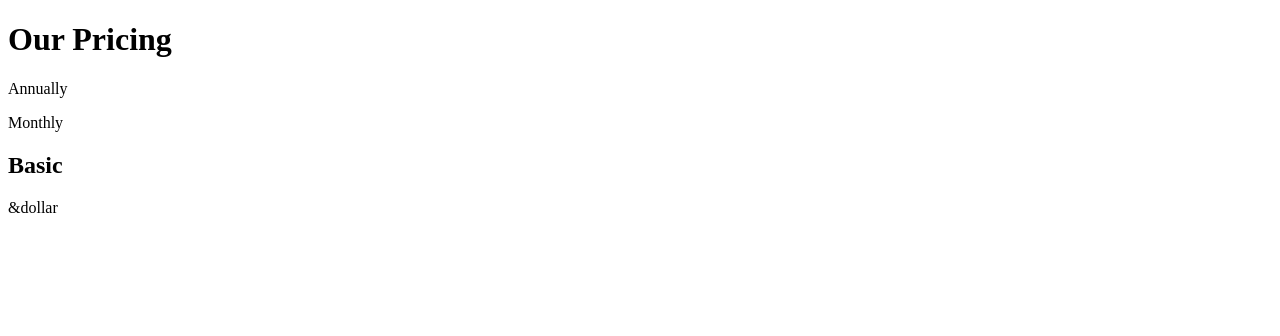
Repository: lah23500/Pricing-App
Page: Price landing page/index.html
An editor plug-in stored every save of this project. The page is shown before and after the next save, followed by the edit.
The browser window is 1280 px wide. The pictures show the whole page.

Above is the page before, as saved 2024-01-19 13:55:04.

After the next save:
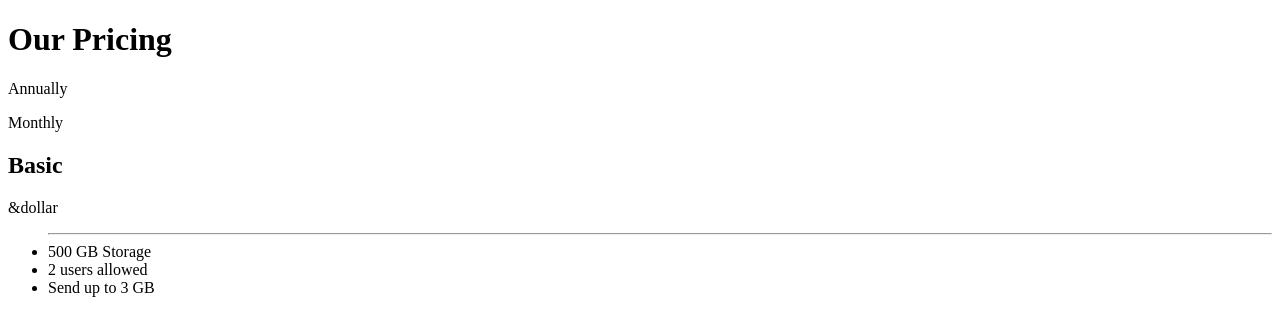
Saved 2 min 30 s later.
--- a/Price landing page/index.html
+++ b/Price landing page/index.html
@@ -19,7 +19,12 @@
       <h2>Basic</h2>
 
       <p>&dollar</p>
-      <ul></ul>
+      <ul>
+        <hr />
+        <li>500 GB Storage</li>
+        <li>2 users allowed</li>
+        <li>Send up to 3 GB</li>
+      </ul>
     </main>
   </body>
 </html>
